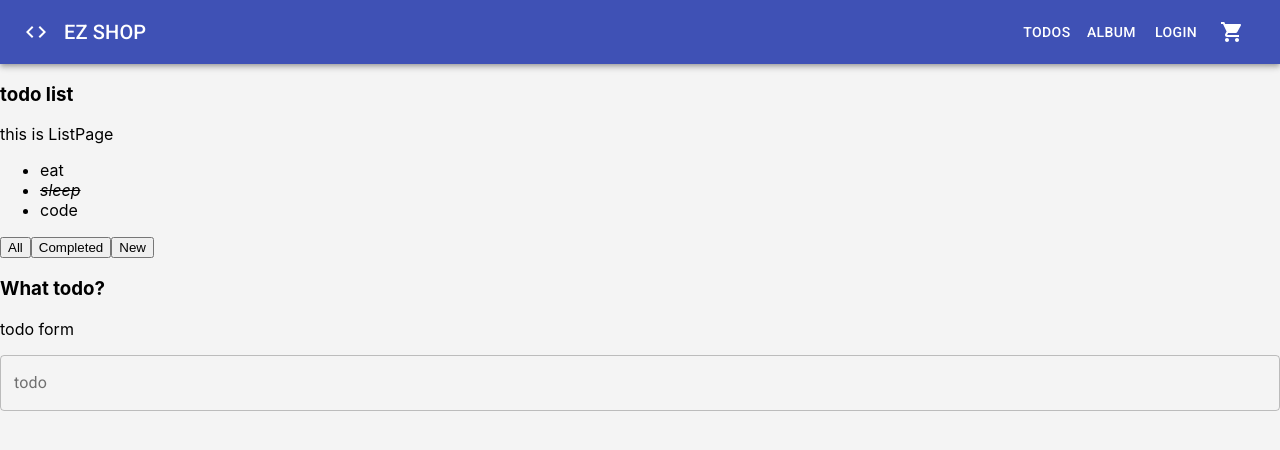
Repository: anhmuoi/learn-reactjs
Page: /todos
These files come from the project's save history. The page is drawn as it stood at one moment and after the next save; the edit follows.
The browser window is 1280 px wide. The pictures show the whole page.
The project was rebuilt for these pictures with package versions that can differ from the ones it lists, and the page was loaded fresh each time. Also part of the build but not shown: src/components/form-controls/PasswordField/index.js, src/features/Auth/components/LoginForm/index.jsx, src/features/Auth/components/Login/index.jsx, src/features/Auth/components/RegisterForm/index.jsx, src/features/Auth/components/Register/index.jsx, src/features/album/components/Album/index.jsx, src/features/album/components/AlbumList/style.scss, src/features/album/components/AlbumList/index.jsx and 28 more. Imported but missing from the stored project, and not drawn on this page: src/features/Product/components/ProductAdditional.jsx, src/features/Product/components/ProductReviews.jsx.

Above is the page before, as saved 2021-09-25 22:22:59.

After the next save:
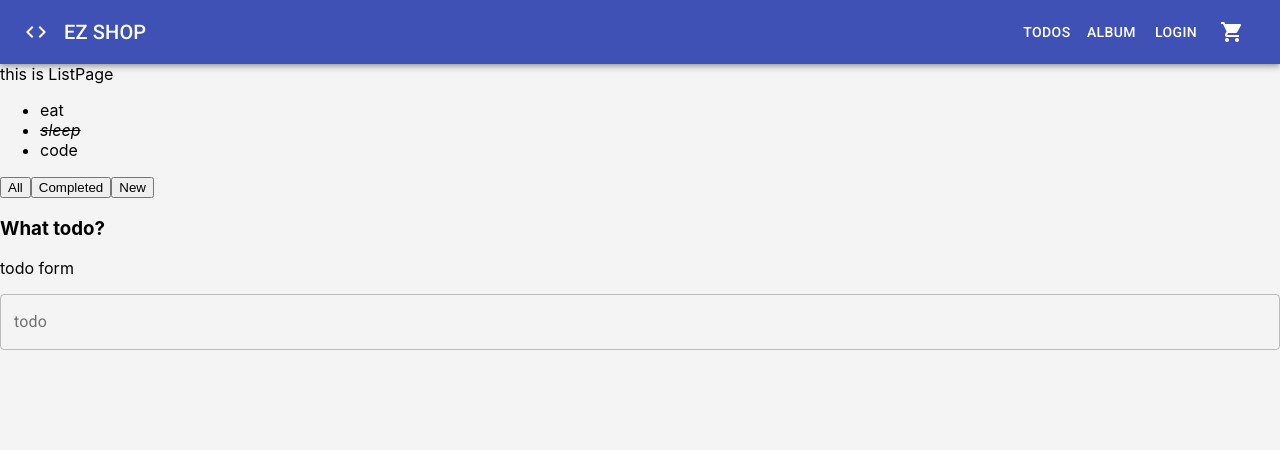
Saved 45 s later.
--- a/src/features/Todo/index.jsx
+++ b/src/features/Todo/index.jsx
@@ -21,7 +21,7 @@ function TodoFeature(props) {
 
     return (
         <div>
-        <h3>todo list</h3>
+
 
 
         <Switch>
